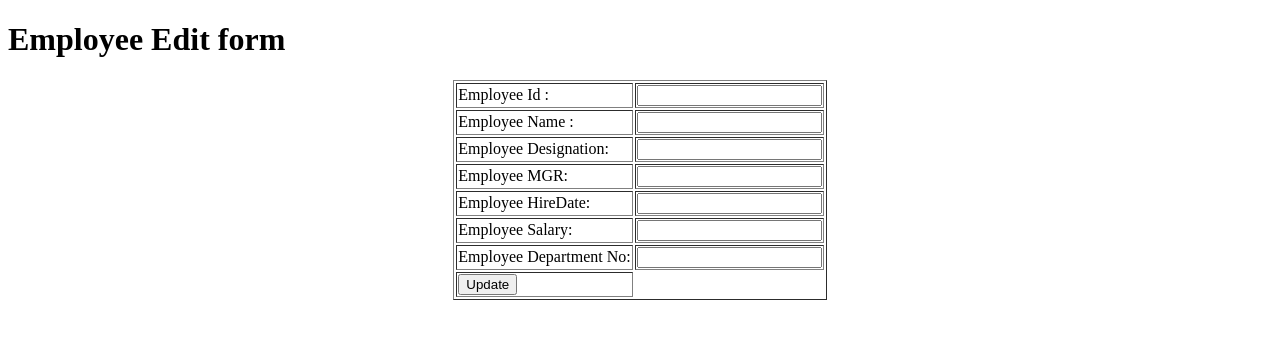
Repository: 7780223077/SpringBoot-MVC
Page: http://localhost/BootMVC_Proj06-MiniProject_DataValidation2/WEB-INF/pages/emp_edit.jsp
An editor plug-in stored every save of this project. The page is shown before and after the next save, followed by the edit.
The browser window is 1280 px wide. The pictures show the whole page.
The page is served by Tomcat 9. Nobody is signed in. Other server files are loaded and not shown. The template is opened directly, without the code that normally fills it, so the values that code supplies are empty.

Above is the page before, as saved 2024-07-24 05:15:47.

### BootMVC_Proj06-MiniProject_DataValidation2/src/main/webapp/WEB-INF/pages/emp_edit.jsp
<%@ page language="java" contentType="text/html; charset=UTF-8"
    pageEncoding="UTF-8" isELIgnored="false" %>
<%@taglib  uri="http://www.springframework.org/tags/form" prefix="frm" %>
<!DOCTYPE html>
<html>
<head>
<meta charset="UTF-8">
<title>Edit form</title>
<link rel="stylesheet">
</head>
<body>
	<h1>Employee Edit form</h1>
	<frm:form modelAttribute="emp">
		<frm:errors path="*" cssClass="red"></frm:errors>
		<table border="1" align="center">
			<tr>
				<td>Employee Id :</td>
				<td><frm:input path="empId" readonly="true"/></td>
			</tr>
			<tr>
				<td>Employee Name :</td>
				<td><frm:input path="empName"/></td>
			</tr>
			<tr>
				<td>Employee Designation: </td>
				<td><frm:input path="designation"/></td>
			</tr>
			<tr>
				<td>Employee MGR: </td>
				<td><frm:input path="mgr"/></td>
			</tr>
			<tr>
				<td>Employee HireDate: </td>
				<td><frm:input path="hireDate"/></td>
			</tr>
			<tr>
				<td>Employee Salary: </td>
				<td><frm:input path="sal"/></td>
			</tr>
			<tr>
				<td>Employee Department No: </td>
				<td><frm:input path="deptNo"/></td>
			</tr>
			<tr>
				<td rowspan="2"><input type="submit" value="Update"></td>
			</tr>
		</table>
	</frm:form>
</body>
</html>

### BootMVC_Proj06-MiniProject_DataValidation2/src/main/webapp/css/emp_edit.css
@charset "UTF-8";
.red{
	color: red;
}

*{
	text-align: center;
	}

After the next save:
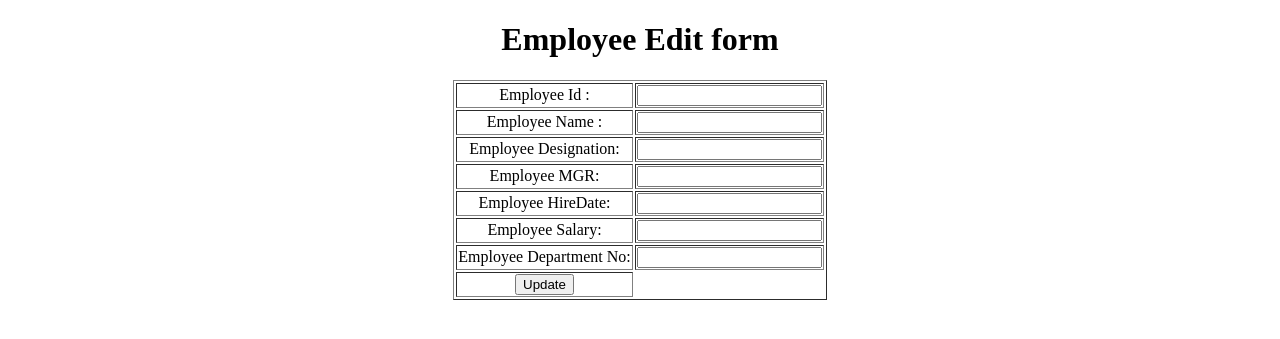
Saved 16 s later.
--- a/BootMVC_Proj06-MiniProject_DataValidation2/src/main/webapp/WEB-INF/pages/emp_edit.jsp
+++ b/BootMVC_Proj06-MiniProject_DataValidation2/src/main/webapp/WEB-INF/pages/emp_edit.jsp
@@ -6,7 +6,7 @@
 <head>
 <meta charset="UTF-8">
 <title>Edit form</title>
-<link rel="stylesheet">
+<link rel="stylesheet" href="css/emp_edit.css">
 </head>
 <body>
 	<h1>Employee Edit form</h1>
